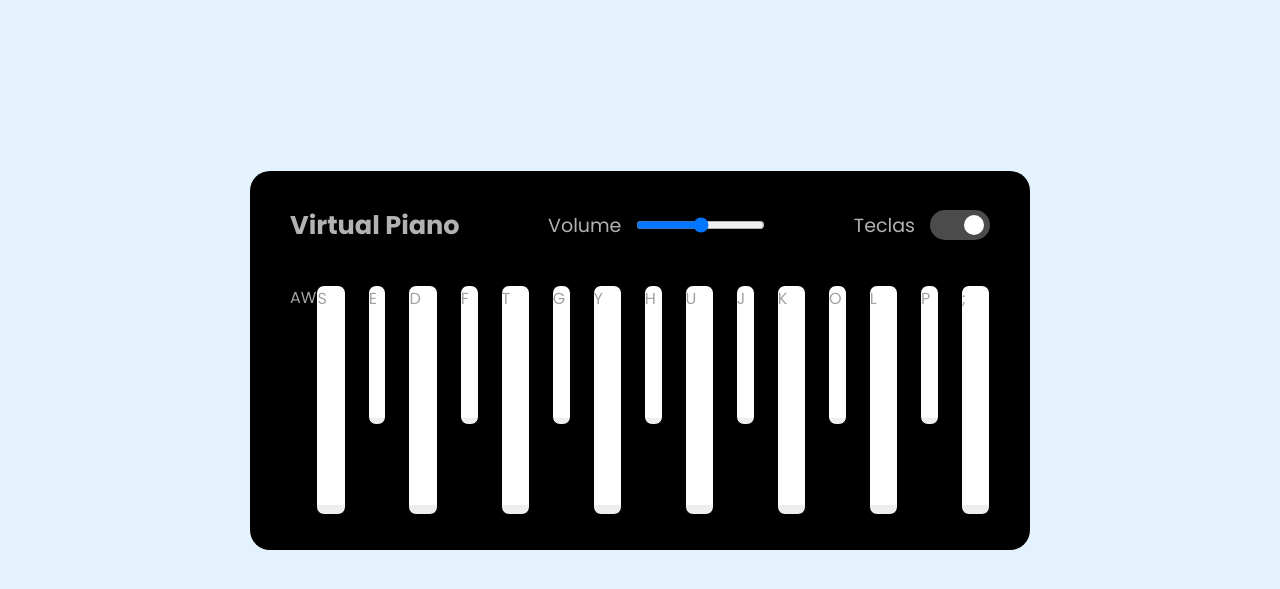
Repository: gustavotwist/simulador-piano
Page: index.html
The author's editor kept a copy of each file at every save. The page is drawn from the files as they stood at one save, then again after a run of saves.
The browser window is 1280 px wide. The pictures show the whole page.

Above is the page before, as saved 2024-11-30 17:56:16.

After the next 3 saves:
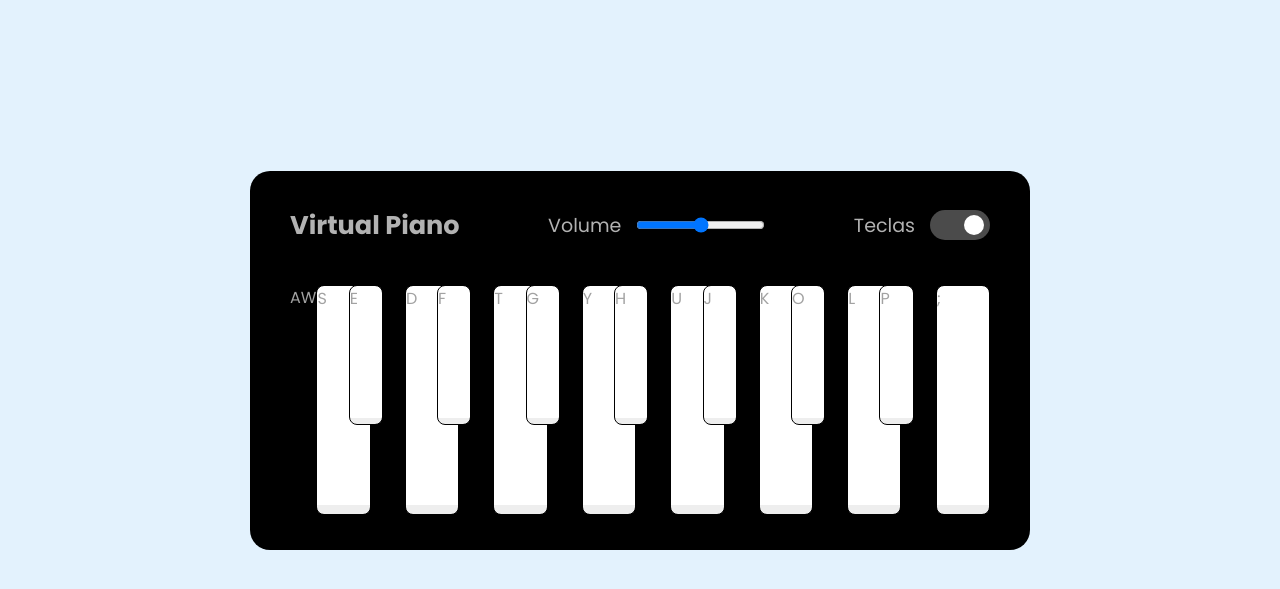
The 3 saves are shown as one change because they came seconds apart.
The last was saved 9 s later.
--- a/src/styles/main.css
+++ b/src/styles/main.css
@@ -94,7 +94,7 @@ header .column span {
     width: 44px;
     height: 140px;
     z-index: 2;
-    margin: 0 22px 0;
+    margin: 0 22px 0 -22px;
     border: 1px solid black;
     border-radius: 8px;
     background: linear-gradient(#fff 96%, #eee 4%);
